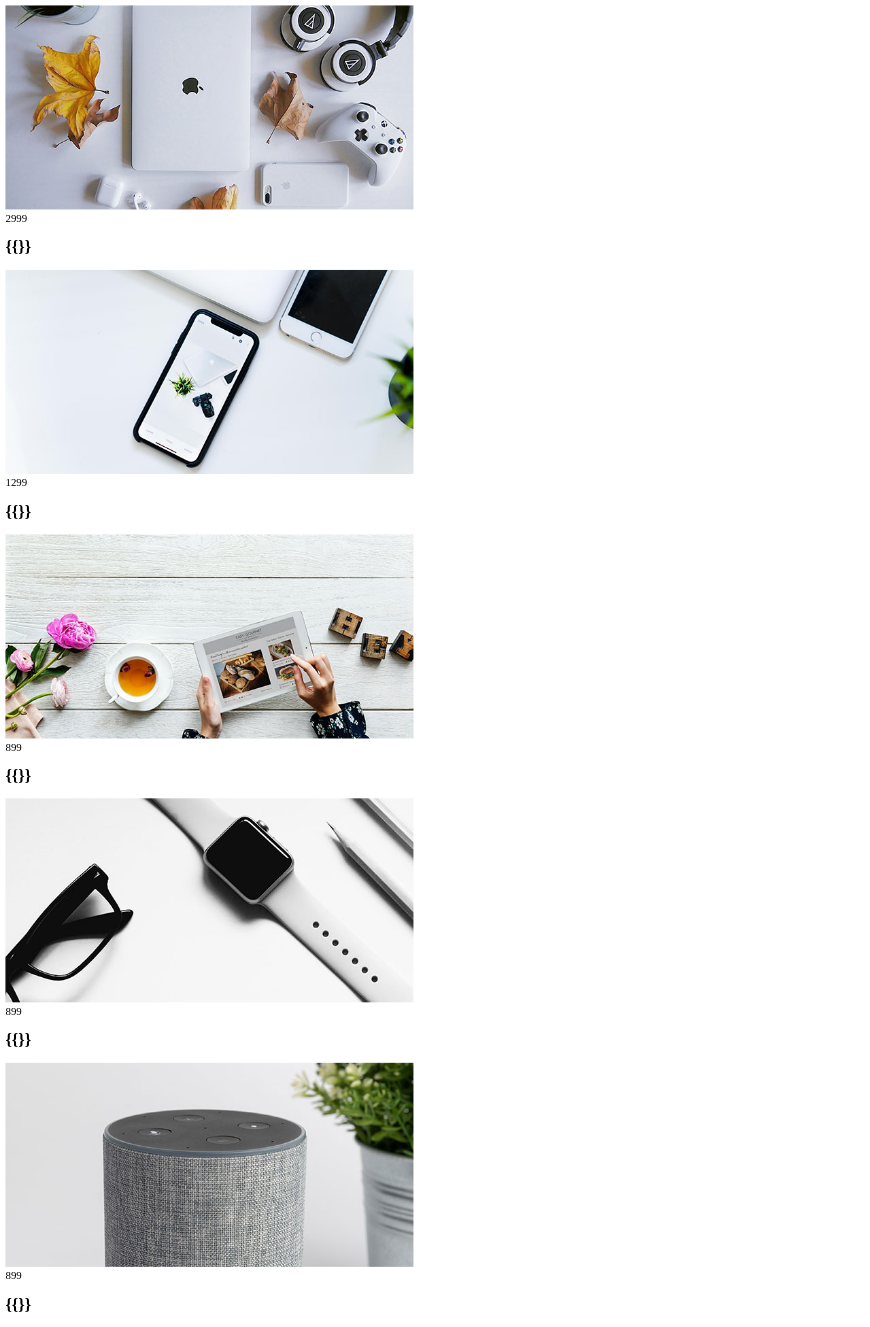
Repository: tomvieir/techno
Page: index.html
These files come from the project's save history. The page is drawn as it stood at one moment and after a run of saves; the edit follows.
The browser window is 1280 px wide. The pictures show the whole page, at 68% of full size.

Above is the page before, as saved 2022-06-23 15:20:07.

### index.html
<!DOCTYPE html>
<html lang="en">
<head>
  <meta charset="UTF-8">
  <meta name="viewport" content="width=device-width, initial-scale=1.0">
  <meta http-equiv="X-UA-Compatible" content="ie=edge">
  <script src="./vue.min.js"></script>
  <link rel="stylesheet" href="./style.css">
  <title>Techno</title>
</head>
<body>
  <div id="app">

    <section class="produtos">
      <div class="produto" v-for="produto in produtos" :key="produto.id">
        <img :src="produto.img" :alt="produto.nome">
        <div>
          <span class="produto_preco">{{produto.preco}}</span>
          <h2>{{}}</h2>

        </div>


      </div>

    </section>

  </div>

  <script src="./app.js"></script>
</body>
</html>

### app.js
const vm = new Vue({
  el: "#app",
  data: {
    produtos: []
  },
  methods: {
    fetchProdutos() {
      fetch("./api/produtos.json")
        .then(r => r.json())
        .then(r => {
          this.produtos = r;
        })


    }
  },
  created() {
    this.fetchProdutos();
  }
})

### api/produtos.json
[
  {
    "id": "notebook",
    "nome": "Notebook",
    "preco": 2999,
    "img": "./api/produtos/notebook/notebook.jpg"
  },
  {
    "id": "smartphone",
    "nome": "Smartphone",
    "preco": 1299,
    "img": "./api/produtos/smartphone/smartphone.jpg"
  },
  {
    "id": "tablet",
    "nome": "Tablet",
    "preco": 899,
    "img": "./api/produtos/tablet/tablet.jpg"
  },
  {
    "id": "smartwatch",
    "nome": "Smartwatch",
    "preco": 899,
    "img": "./api/produtos/smartwatch/smartwatch.jpg"
  },
  {
    "id": "speaker",
    "nome": "Speaker",
    "preco": 899,
    "img": "./api/produtos/speaker/speaker.jpg"
  }
]

Loaded but not shown: vue.min.js (library); style.css (no copy from this time; the picture is the same without it)

After the next 2 saves:
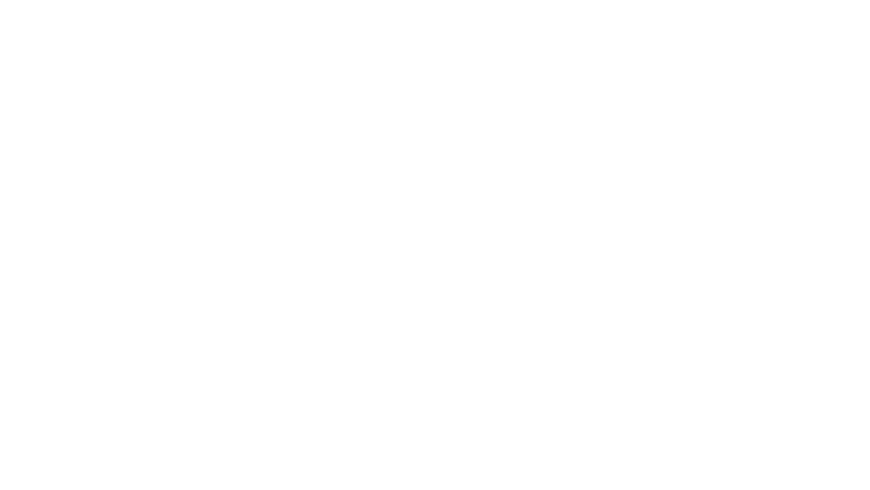
The 2 saves are shown as one change because they came seconds apart.
The last was saved 5 s later.
--- a/index.html
+++ b/index.html
@@ -16,7 +16,7 @@
         <img :src="produto.img" :alt="produto.nome">
         <div>
           <span class="produto_preco">{{produto.preco}}</span>
-          <h2>{{}}</h2>
+          <h2>{{produto.}}</h2>
 
         </div>
 

After the save that followed:
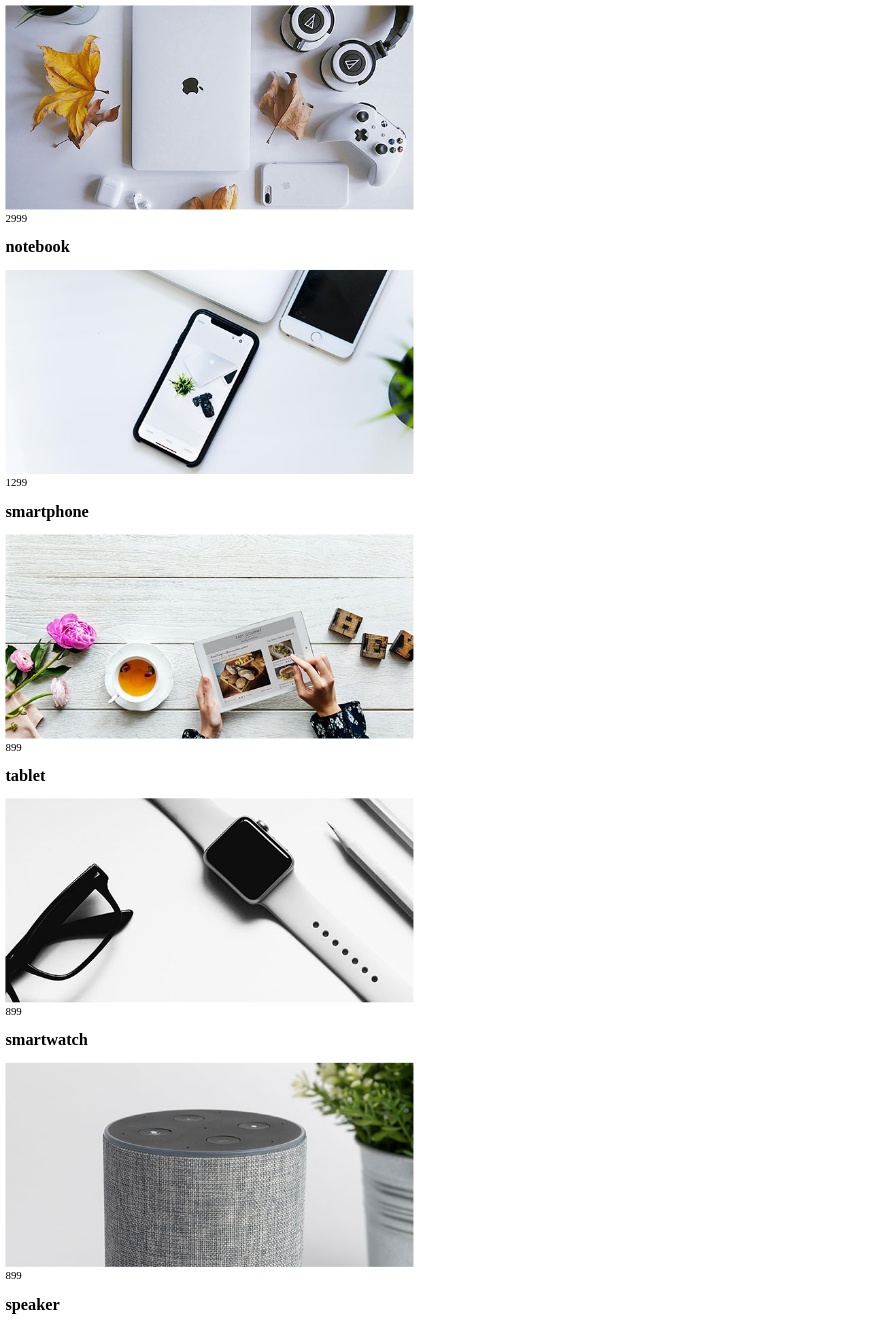
Saved 14 s later.
--- a/index.html
+++ b/index.html
@@ -16,7 +16,7 @@
         <img :src="produto.img" :alt="produto.nome">
         <div>
           <span class="produto_preco">{{produto.preco}}</span>
-          <h2>{{produto.}}</h2>
+          <h2>{{produto.id}}</h2>
 
         </div>
 
